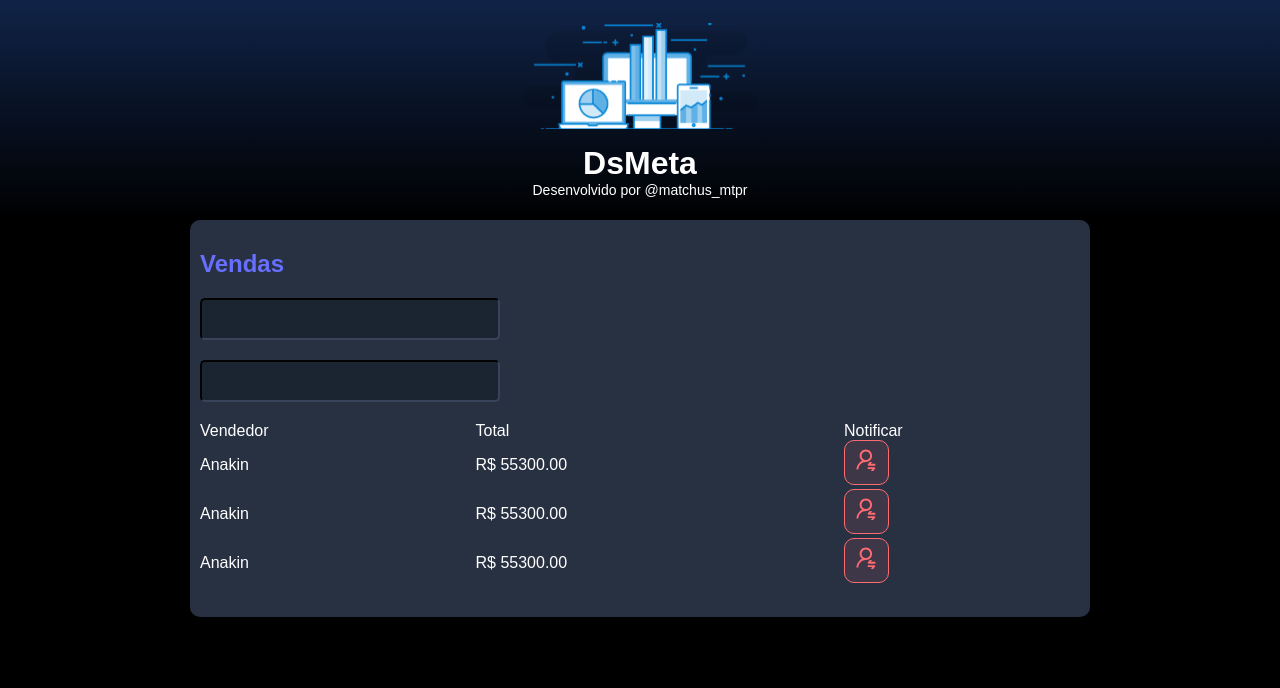
Repository: MatheusAlvesPereiraRosa/ds-meta
Page: index.html
These files come from the project's save history. The page is drawn as it stood at one moment and after the next save; the edit follows.
The browser window is 1280 px wide. The pictures show the whole page.

Above is the page before, as saved 2022-09-05 16:18:43.

### index.html
<!DOCTYPE html>
<html lang="en">
  <head>
    <meta charset="UTF-8" />
    <meta http-equiv="X-UA-Compatible" content="IE=edge" />
    <meta name="viewport" content="width=device-width, initial-scale=1.0" />
    <title>Document</title>

    <link rel="stylesheet" href="styles.css" />
  </head>

  <body>
    <header>
      <div class="dsmeta-logo-container">
        <img src="logo.svg" alt="Logo" />
        <h1>DsMeta</h1>
        <p>
          Desenvolvido por
          <a href="https://www.instagram.com/matchus_mtpr">@matchus_mtpr</a>
        </p>
      </div>
    </header>

    <main>
      <section id="sales">
        <div class="dsmeta-container">
          <div class="dsmeta-card">
            <h2 class="dsmeta-sales-title">Vendas</h2>
            <div>
              <div class="dsmeta-form-control-container">
                <input class="dsmeta-form-control" type="text" />
              </div>
              <div class="dsmeta-form-control-container">
                <input class="dsmeta-form-control" type="text" />
              </div>
            </div>

            <div>
              <table class="dsmeta-sales-table">
                <thead>
                  <tr>
                    <td>Vendedor</td>
                    <td>Total</td>
                    <td>Notificar</td>
                  </tr>
                </thead>
                <tbody>
                  <tr>
                    <td>Anakin</td>
                    <td>R$ 55300.00</td>
                    <td><img src="icon.svg" alt="Notificar" /></td>
                  </tr>
                  <tr>
                    <td>Anakin</td>
                    <td>R$ 55300.00</td>
                    <td><img src="icon.svg" alt="Notificar" /></td>
                  </tr>
                  <tr>
                    <td>Anakin</td>
                    <td>R$ 55300.00</td>
                    <td><img src="icon.svg" alt="Notificar" /></td>
                  </tr>
                </tbody>
              </table>
            </div>
          </div>
        </div>
      </section>
    </main>
  </body>
</html>

### styles.css
@import url('https://fonts.googleapis.com/css2?family=Roboto:wght@300&display=swap');

* {
    font-family: 'Rotobto', sans-serif;
    box-sizing: border-box;
    margin: 0;
    padding: 0;
}

header {
    background: linear-gradient(180deg, #102347 0%, transparent);
    height: 220px;
    display: flex;
    align-items: center;
    justify-content: center;
}

body, html {
    background-color: black;
    color: #fff;
}

a, a:hover, a:visited {
    color: unset;
    text-decoration: none;
}

.dsmeta-logo-container {
    display: flex;
    flex-direction: column;
    align-items: center;
}

.dsmeta-logo-container img{
    width: 235px;
}

.dsmeta-logo-container h1{
    margin-top: 15px;
}

.dsmeta-logo-container p{
    font-size: 14px;
    font-weight: 300;
}

.dsmeta-card {
    background-color: #283142;
    border-radius: 10px;
    padding: 30px 10px;
}

.dsmeta-container {
    width: 100%;
    max-width: 900px;
    margin: 0 auto;
}

#id {
    padding: 40px 10px;
}

.dsmeta-sales-title {
    color: #676FFF;
    font-size: 24px;
    margin-bottom: 20px;
}

.dsmeta-form-control {
    height: 36px;
    background-color: #1B2531;
    width: 100%;
    max-width: 300px;
    border-radius: 5px;
    border-color: #384459;
    color: #9AAABE;
    padding: 19px 20px;
    font-size: 18px;
}

.dsmeta-sales-table {
    width: 100%;
    border-spacing: 0;
}

.dsmeta-sales-table {
    width: 100%;
    border-spacing: 0;
}

.dsmeta-form-control-container {
    margin-bottom: 20px;
}

After the next save:
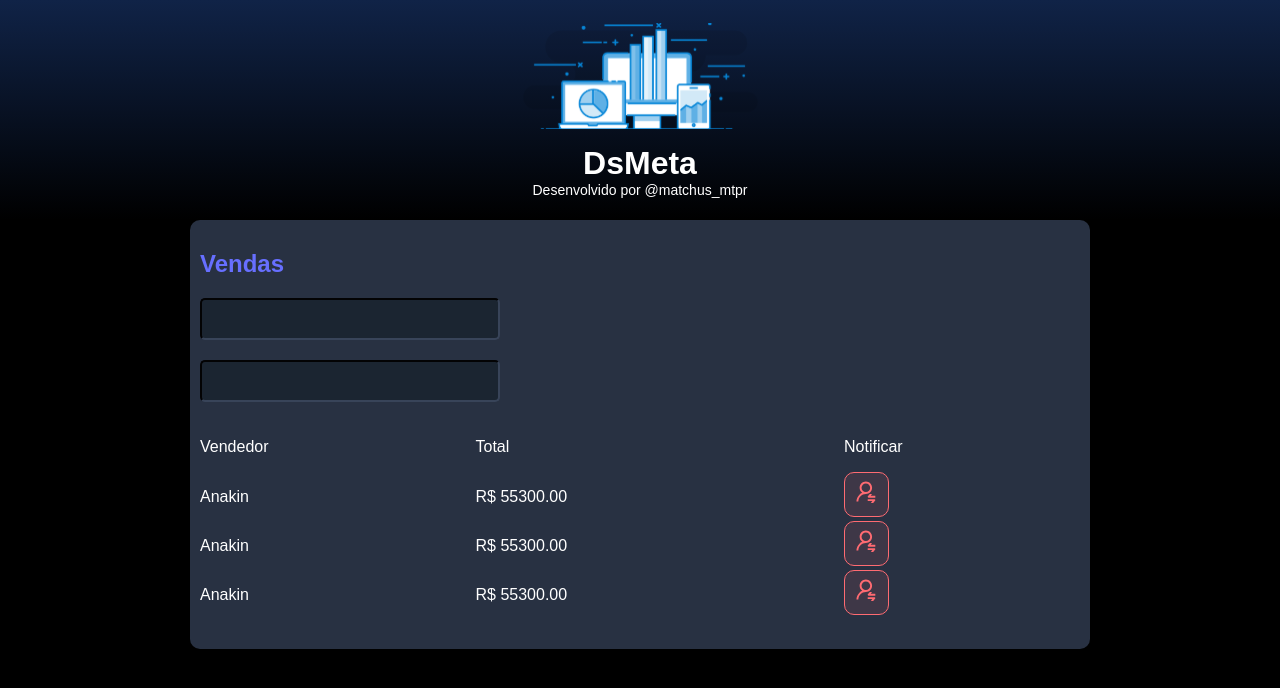
Saved 38 s later.
--- a/styles.css
+++ b/styles.css
@@ -83,9 +83,10 @@ a, a:hover, a:visited {
     border-spacing: 0;
 }
 
-.dsmeta-sales-table {
-    width: 100%;
-    border-spacing: 0;
+.dsmeta-sales-table thead{
+    height: 50px;
+    font-size: 16px;
+    color:
 }
 
 .dsmeta-form-control-container {
